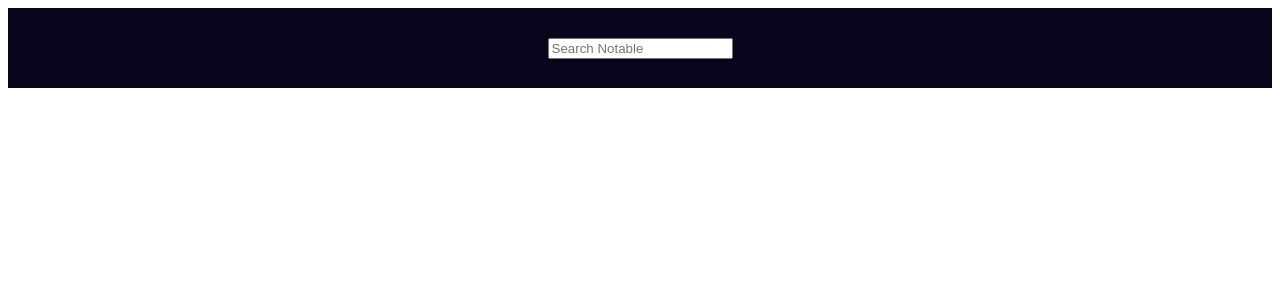
Repository: cvsschaitanya/test
Page: /
The author's editor kept a copy of each file at every save. The page is drawn from the files as they stood at one save, then again after the next save.
The browser window is 1280 px wide. The pictures show the whole page.
The project was rebuilt for these pictures with package versions that can differ from the ones it lists, and the page was loaded fresh each time.

Above is the page before, as saved 2021-10-21 01:22:57.

### src/App.js
import NavBar from "./components/Navbar";

function App() {
	return (
		<div
			style={{
				width: "100%",
				height: "100%",
				backgroundColor: "grey",
			}}
		>
			<NavBar link={{}} />
		</div>
	);
}

export default App;

### src/components/Navbar.jsx
import React, { useState } from "react";
import "./NavBar.css";

import HighlightOffIcon from "@material-ui/icons/HighlightOff";
import ReorderIcon from "@material-ui/icons/Reorder";
import SearchIcon from "@material-ui/icons/Search";

function NavBar({ link }) {
	const menuItems = [
		"Marketplace",
		"Stats",
		"Guid",
		"Blog",
		"Profile",
		"Community",
		"Tokenomics",
		"About",
	];

	const [showLinks, setShowLinks] = useState(false);
	const [showSearchBar, setshowSearchBar] = useState(true);

	return (
		<div className="NavBar">
			{showSearchBar ? (
				<div className="SearchBar">
					<input type="text" placeholder="Search Notable" />
				</div>
			) : (
				<React.Fragment>
					<div className="Home">NOTABLE</div>
					<div className="Right">
						<button>
							<SearchIcon fontSize="large" />
						</button>
						{showLinks ? (
							<div className="links">
								{menuItems.map((item) => (
									<a href={link[item] || "/"}>{item}</a>
								))}
							</div>
						) : null}
						<button onClick={() => setShowLinks(!showLinks)}>
							{showLinks ? (
								<HighlightOffIcon fontSize="large" />
							) : (
								<ReorderIcon fontSize="large" />
							)}
						</button>
					</div>
				</React.Fragment>
			)}
		</div>
	);
}

export default NavBar;

### src/components/NavBar.css
button:hover {
	cursor: pointer;
}

.NavBar button {
	background-color: Transparent;
	border: none;
}

.NavBar {
	background-color: rgb(8, 6, 29);
	width: 100%;
	height: 80px;
	position: relative;
	display: flex;
}

.NavBar .SearchBar {
	margin: auto;
	width: 80%;
	height: 80%;
	display: flex;
	justify-content: center;
	align-items: center;
}

.NavBar .SearchBar {
	margin: auto;
	width: 80%;
	height: 80%;
	display: flex;
	justify-content: center;
	align-items: center;
}

.NavBar .Home {
	color: black;
	font-size: 40px;
	font-family: "Courier New", Courier, monospace;
	font-weight: bold;
	margin-left: 15px;
	height: 100%;
	display: flex;
	justify-content: center;
	align-items: center;
}

.NavBar .Right {
	flex: 50%;
	display: flex;
	justify-content: right;
	margin-right: 10px;
	align-items: center;
}

.NavBar .Right .links {
	position: absolute;
	left: 0px;
	top: 80px;
	width: 100%;
	background-color: white;
	display: flex;
	flex-direction: column;
}

.NavBar .Right .links a {
	text-decoration: none;
	color: black;
	font-size: 25px;
	font-family: Arial, Helvetica, sans-serif;
	margin: 15px;
}

Loaded but not shown: public/index.html (common file); src/index.js (common file)

After the next save:
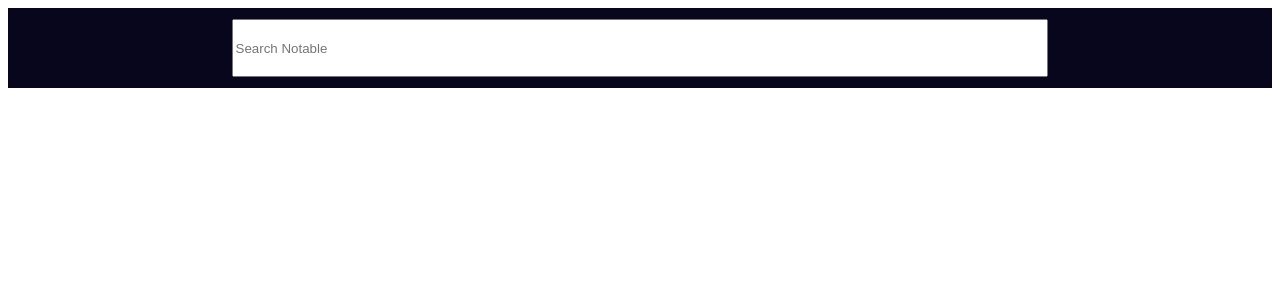
Saved 6 s later.
--- a/src/components/NavBar.css
+++ b/src/components/NavBar.css
@@ -24,7 +24,7 @@ button:hover {
 	align-items: center;
 }
 
-.NavBar .SearchBar {
+.NavBar .SearchBar input {
 	margin: auto;
 	width: 80%;
 	height: 80%;
